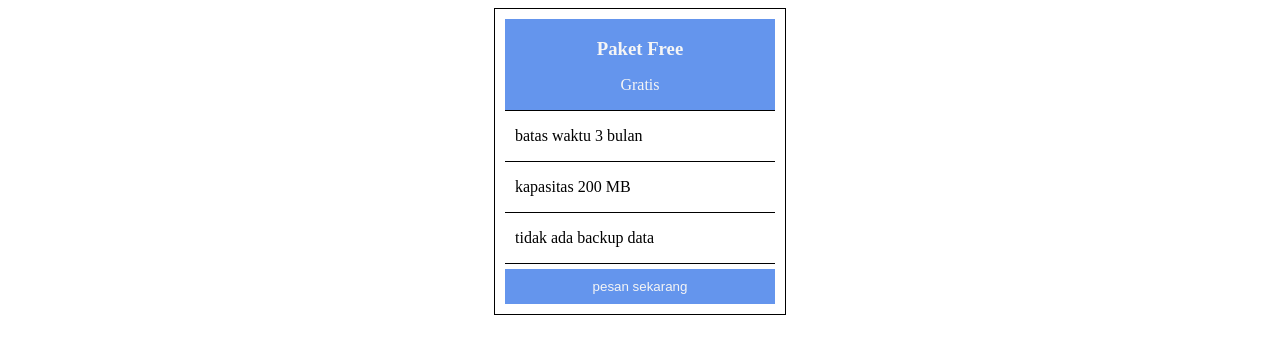
Repository: AHSANS354/tugas-sib5
Page: tugas css/index.html
The author's editor kept a copy of each file at every save. The page is drawn from the files as they stood at one save, then again after the next save.
The browser window is 1280 px wide. The pictures show the whole page.

Above is the page before, as saved 2023-08-29 15:48:49.

After the next save:
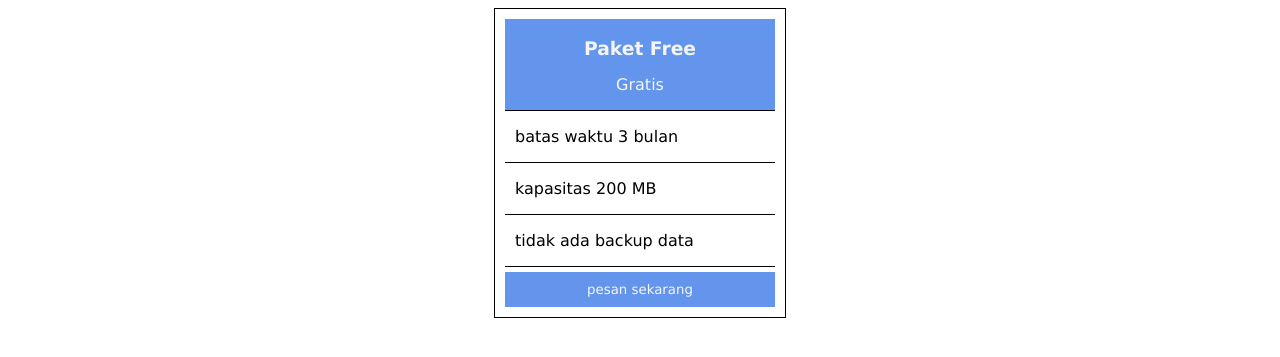
Saved 59 s later.
--- a/tugas css/style.css
+++ b/tugas css/style.css
@@ -1,9 +1,5 @@
-th {
-  border: 2px solid #000;
-}
-
-td {
-  border: 2px solid #000;
+* {
+  font-family: Verdana, Geneva, Tahoma, sans-serif;
 }
 
 .card {
